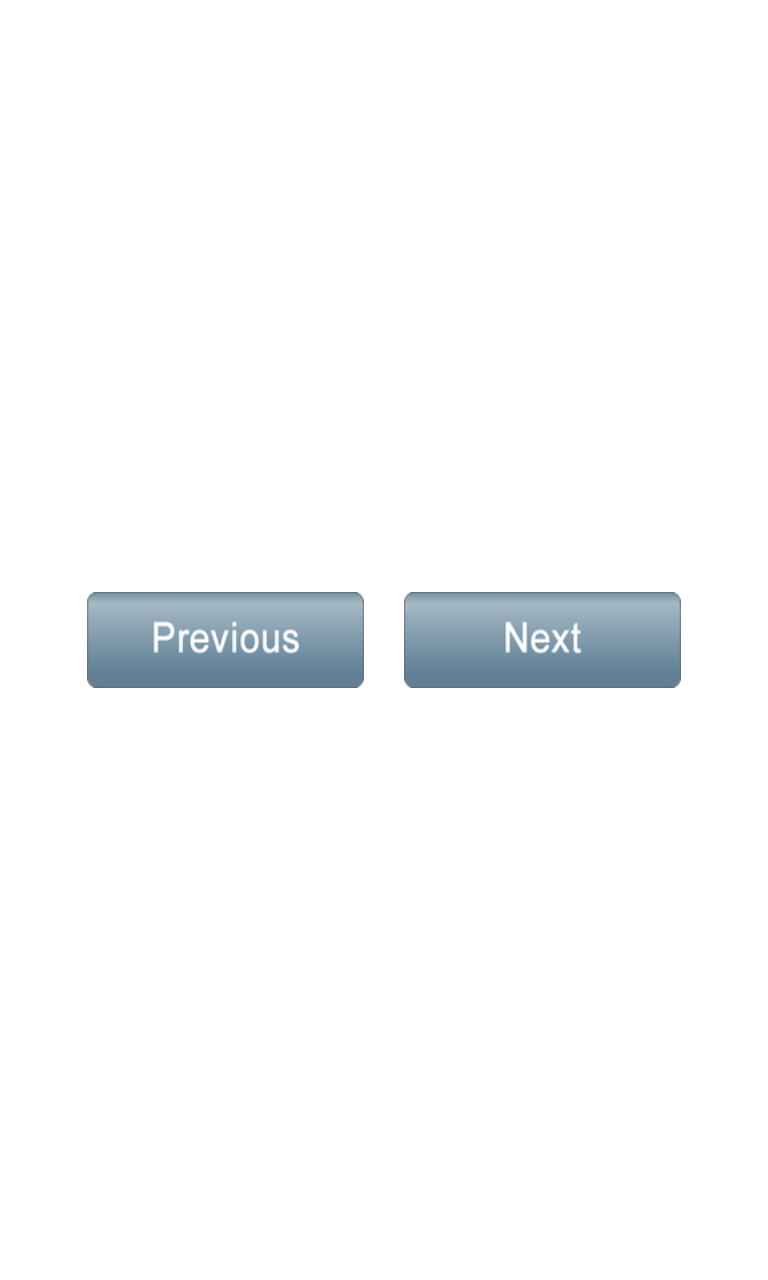
Repository: Pradeep-appstute/First
Layout: Control/res/layout/temp.xml
These files come from the project's save history. The layout is drawn as it stood at one moment and after the next save; the edit follows.
It is drawn on a 768 x 1280 px phone screen (xhdpi) without system bars, with theme AppTheme; the app's code is not run.

Above is the layout before, as saved 2014-03-14 07:58:43.

### Control/res/layout/temp.xml
<?xml version="1.0" encoding="utf-8"?>

<LinearLayout
    xmlns:android="http://schemas.android.com/apk/res/android"
        android:id="@+id/linbottombar"
        android:layout_width="fill_parent"
        android:layout_height="wrap_content"
        android:layout_alignParentBottom="true"
        android:layout_alignParentLeft="true"
        android:gravity="center"
        android:orientation="horizontal"
         >

        <Button
            android:id="@+id/ticketdetails_prev"
            android:layout_width="wrap_content"
            android:layout_height="wrap_content"
            android:background="@drawable/button_prevbtn"
            android:layout_marginRight="10dp"

            />

        <Button
            android:id="@+id/ticketdetails_next"
            android:layout_width="wrap_content"
            android:layout_height="wrap_content"
            android:background="@drawable/button_nextbtn"
            android:layout_marginLeft="10dp"

            />
    </LinearLayout>

### Control/res/drawable/button_prevbtn.xml
<?xml version="1.0" encoding="utf-8"?>
<selector xmlns:android="http://schemas.android.com/apk/res/android">

    <item android:drawable="@drawable/img_btnprevselected" android:state_enabled="true"></item>
    <item android:drawable="@drawable/img_btnprevunselected" android:state_enabled="false"></item>

</selector>

### Control/res/drawable/button_nextbtn.xml
<?xml version="1.0" encoding="utf-8"?>
<selector xmlns:android="http://schemas.android.com/apk/res/android">

    <item android:drawable="@drawable/img_btnnextunselected" android:state_enabled="true"></item>
    <item android:drawable="@drawable/img_btnnextselected" android:state_enabled="false"></item>

</selector>

Loaded but not shown: Control/res/values/styles.xml (common file); Control/res/values-v11/styles.xml (common file); Control/res/values-v14/styles.xml (common file)

After the next save:
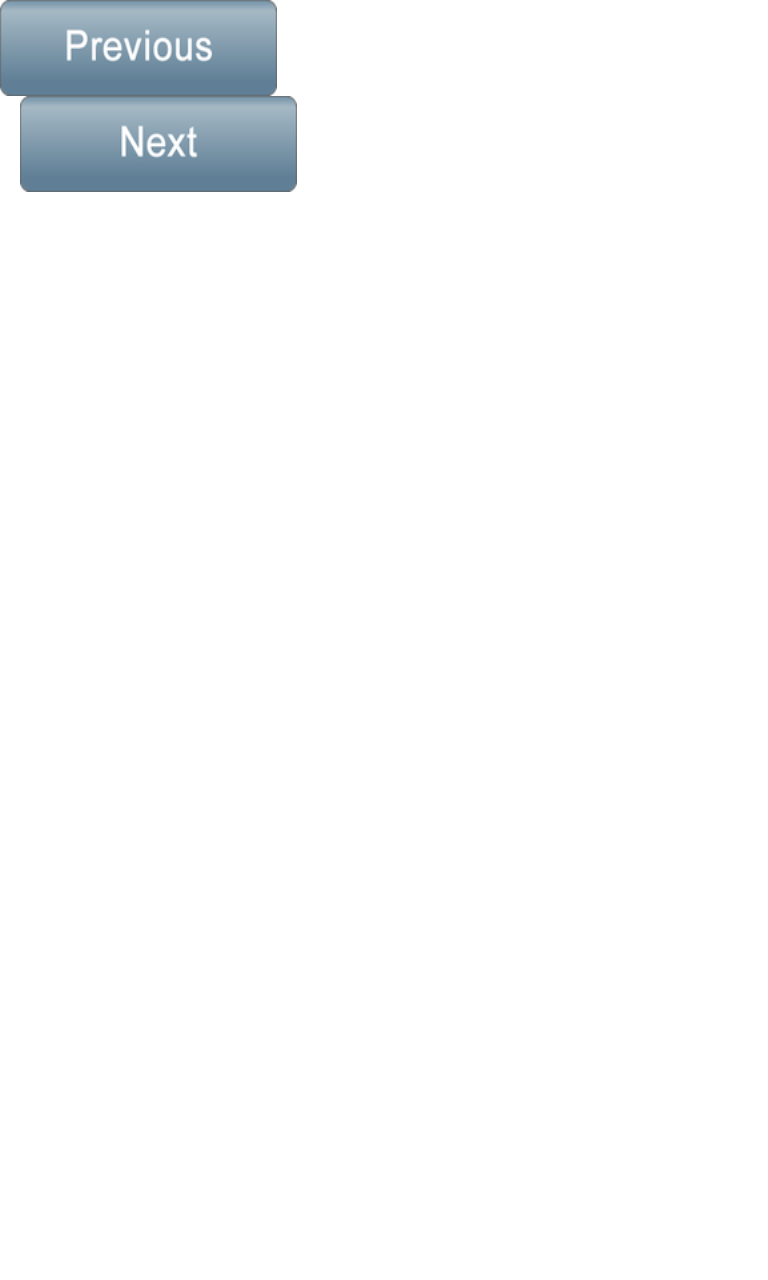
Saved 39 s later.
--- a/Control/res/layout/temp.xml
+++ b/Control/res/layout/temp.xml
@@ -1,15 +1,8 @@
 <?xml version="1.0" encoding="utf-8"?>
-
-<LinearLayout
-    xmlns:android="http://schemas.android.com/apk/res/android"
-        android:id="@+id/linbottombar"
-        android:layout_width="fill_parent"
-        android:layout_height="wrap_content"
-        android:layout_alignParentBottom="true"
-        android:layout_alignParentLeft="true"
-        android:gravity="center"
-        android:orientation="horizontal"
-         >
+<LinearLayout xmlns:android="http://schemas.android.com/apk/res/android"
+    android:layout_width="match_parent"
+    android:layout_height="match_parent"
+    android:orientation="vertical" >
 
         <Button
             android:id="@+id/ticketdetails_prev"
@@ -28,4 +21,4 @@
             android:layout_marginLeft="10dp"
 
             />
-    </LinearLayout>
+</LinearLayout>
